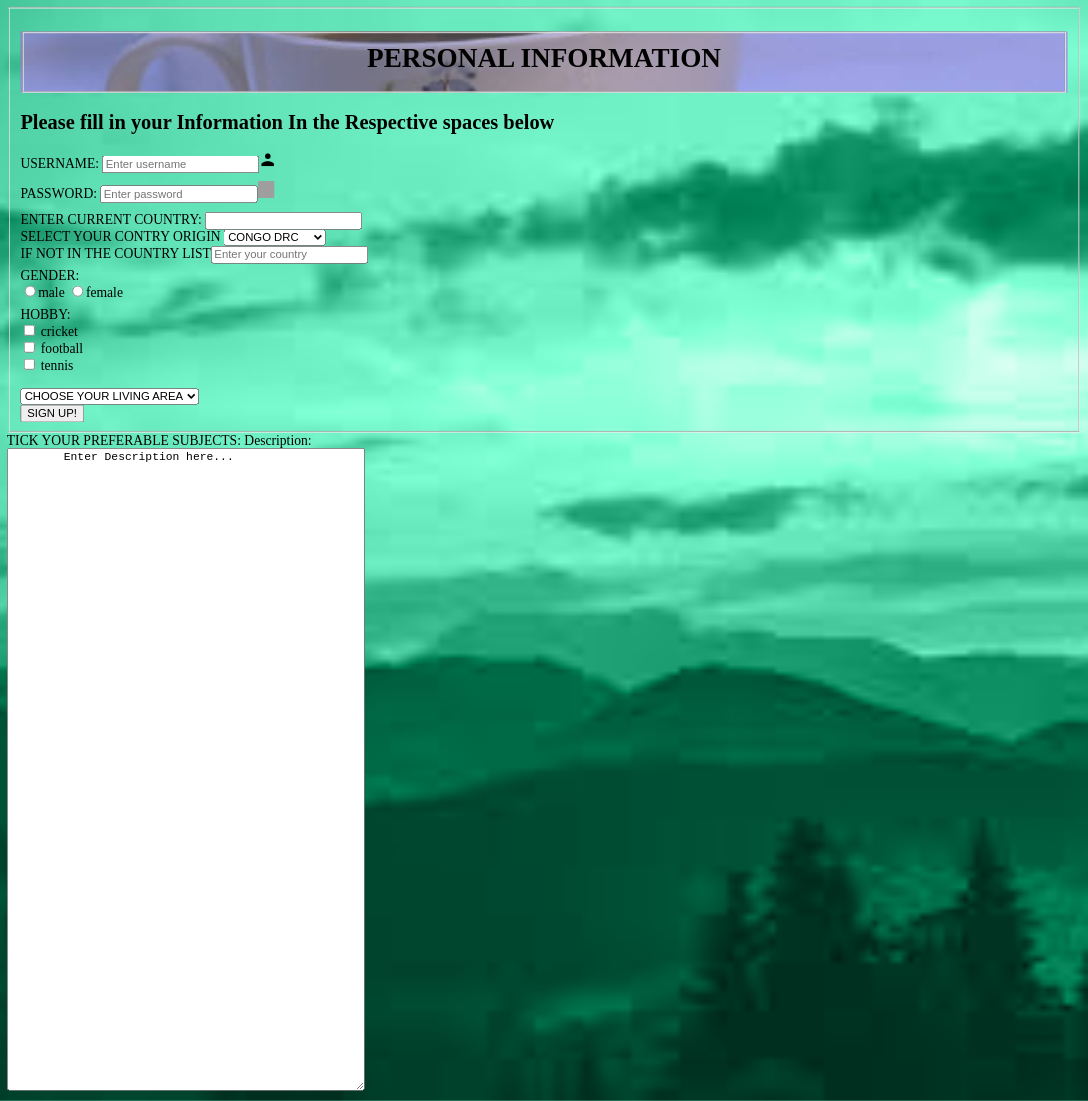
Repository: mirambialex/myform
Page: website/INDEX.HTML
The author's editor kept a copy of each file at every save. The page is drawn from the files as they stood at one save, then again after a run of saves.
The browser window is 1280 px wide. The pictures show the whole page, at 85% of full size.
Pictures or frames that could not be fetched are drawn as grey boxes.

Above is the page before, as saved 2024-04-17 11:25:35.

### website/INDEX.HTML
<!DOCTYPE html>
<html lang="en">
<head>

    <title>WEBPAGE DESIGN</title>
    <LINK REL="STYLESHEET" HREF="STYLE.CSS">
</head>
<body>
   <FOrm> <FIEldset>
            <DIV class="AI">
                <h1><FIEldset>PERSONAL INFORMATION </FIEldset></h1>
</DIV>
<DIV CLASS="BI"> <H2>
    Please fill in your Information In the Respective spaces below
</H2>
</DIV>
<div class="gb">
 <DIV class="MAIN">USERNAME: <INPUT TYPE="TEXT" placeholder="Enter username"><img width="20" height="20" src="user.jpg"<br/>

 </DIV>
 <DIV class="A"> PASSWORD: <INPUT TYPE="PASSWORD" placeholder="Enter password"><img width="20" height="20" src="https://img.icons8.com/ios-filled/50/lock.png" alt="lock"/> <br/></DIV>
    <DIV class="AB">
        ENTER CURRENT COUNTRY: <INPUT type="text"></INPUT>
    </DIV>
    <DIV CLASS="B">
        SELECT YOUR CONTRY ORIGIN <SELect>
            <OPTIon>CONGO DRC</OPTIon>
            <OPTIon>KENYA</OPTIon>
            <OPTIon>SUDAN</OPTIon>
            <OPTIon>SOUTH SUDAN</OPTIon>
            <OPTIon>RWANDA</OPTIon>
            <OPTIon>BURUNDI</OPTIon>
            <OPTIon>UGANDA</OPTIon>
            <OPTIon>TANZANIA</OPTIon>
            <OPTIon>SOMALIA</OPTIon>

        </SELect> <br/>
    </DIV>
    <div class="wcb">
    IF NOT IN THE COUNTRY LIST<INPUt type="TEXT" placeholder="Enter your country"</INPUt>
    </div>
<div class="d">
<LAbe for="GENDER">GENDER: </LAbel><BR/>
<INPUT type="radio" ID="GENDER" name="GENDER" VALUE="male"/>male
<INPUT type="radio" ID="GENDER" name="GENDER" VALUE="female"/>female <br/>
</div>
<div class="e">
HOBBY:<br>
<input type="checkbox" id="cricket" name="cricket" value="cricket"/>
<label for="cricket">cricket</label> <br>
<input type="checkbox" id="football" name="football" value="football"/>
<label for="football">football</label> <br>
<input type="checkbox" id="tennis" name="tennis" value="tennis"/>
<label for="tennis">tennis</label> <br>
<br/> </div>
<div class="address">
    <select name="address">
        <option value="one">CHOOSE YOUR LIVING AREA</option>
        <option>kakuma town</option>
        <option>kakuma 1</option>
        <option>kakuma 2</option>
        <option>kakuma 3</option>
        <option>kakuma 4</option>
        <option>kalobeyeyi</option>
    </select>
</div>
<DIV class="C"><BUTTon>SIGN UP!</BUTTon></DIV>
</FIEldset>
</div>
</div>
</DIV>
</FORM>
<FORM>
    TICK YOUR PREFERABLE SUBJECTS:

    Description: <br/>
    <textarea name="Description" cols="50" rows="50">
        Enter Description here...
    </textarea>
</FORM>
 </body>
</html>

### website/STYLE.CSS
BODY{
    background-image: url(IMAGE.JPG);
    background-color: aquamarine;
    background-position: center;
    background-size: cover;
    background-repeat: no-repeat;
    background-blend-mode: luminosity;
}
H1{
    text-align: center;
}
.O{
    background-color: aliceblue;
    background-image: url(ALEX.PNG.JPG);
}
.MAIN{
    margin-bottom: 0.8%;
    background-color:
}
.A{
    margin-bottom: 0.8%;
}
.c{
    margin-bottom: 1.5%;
    color: blueviolet;
    text-decoration: aqua;
}
.d{
    margin-top: 0.4%;

}
.e{
    margin-top: 0.6%;
}
.AI{
    background-image: url(ALEX.JPG);
    background-repeat: no-repeat;
    background-position: center;
    background-size: cover;
}
.gb{
    display: block;

}
: :-ms-input-placeholder{
    color:red;
}
.address{

}

After the next 4 saves:
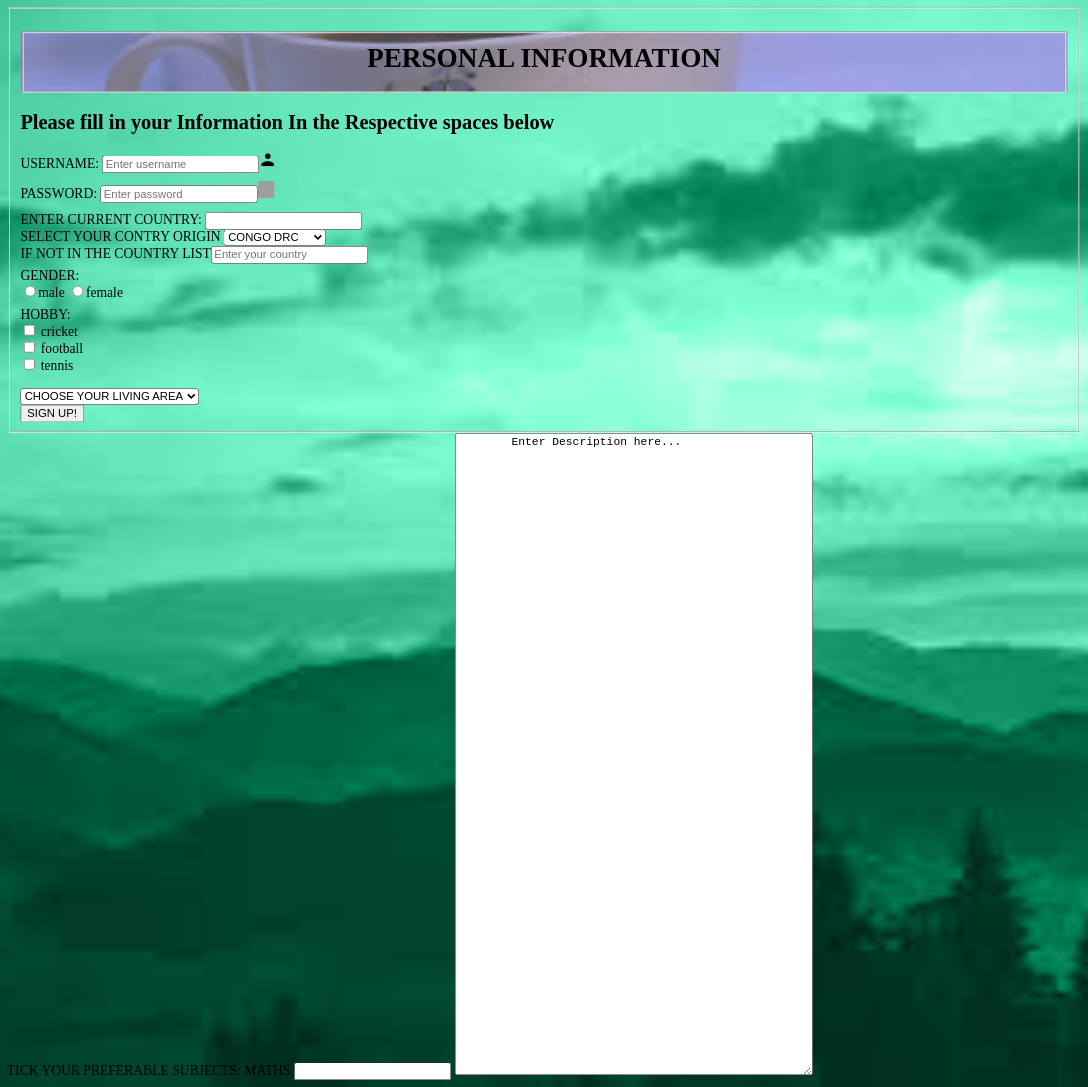
The 4 saves are shown as one change because they came seconds apart.
The last was saved 9 s later.
--- a/website/INDEX.HTML
+++ b/website/INDEX.HTML
@@ -72,7 +72,7 @@ HOBBY:<br>
 </FORM>
 <FORM>
     TICK YOUR PREFERABLE SUBJECTS:
-
+    MATHS <input
     Description: <br/>
     <textarea name="Description" cols="50" rows="50">
         Enter Description here...
